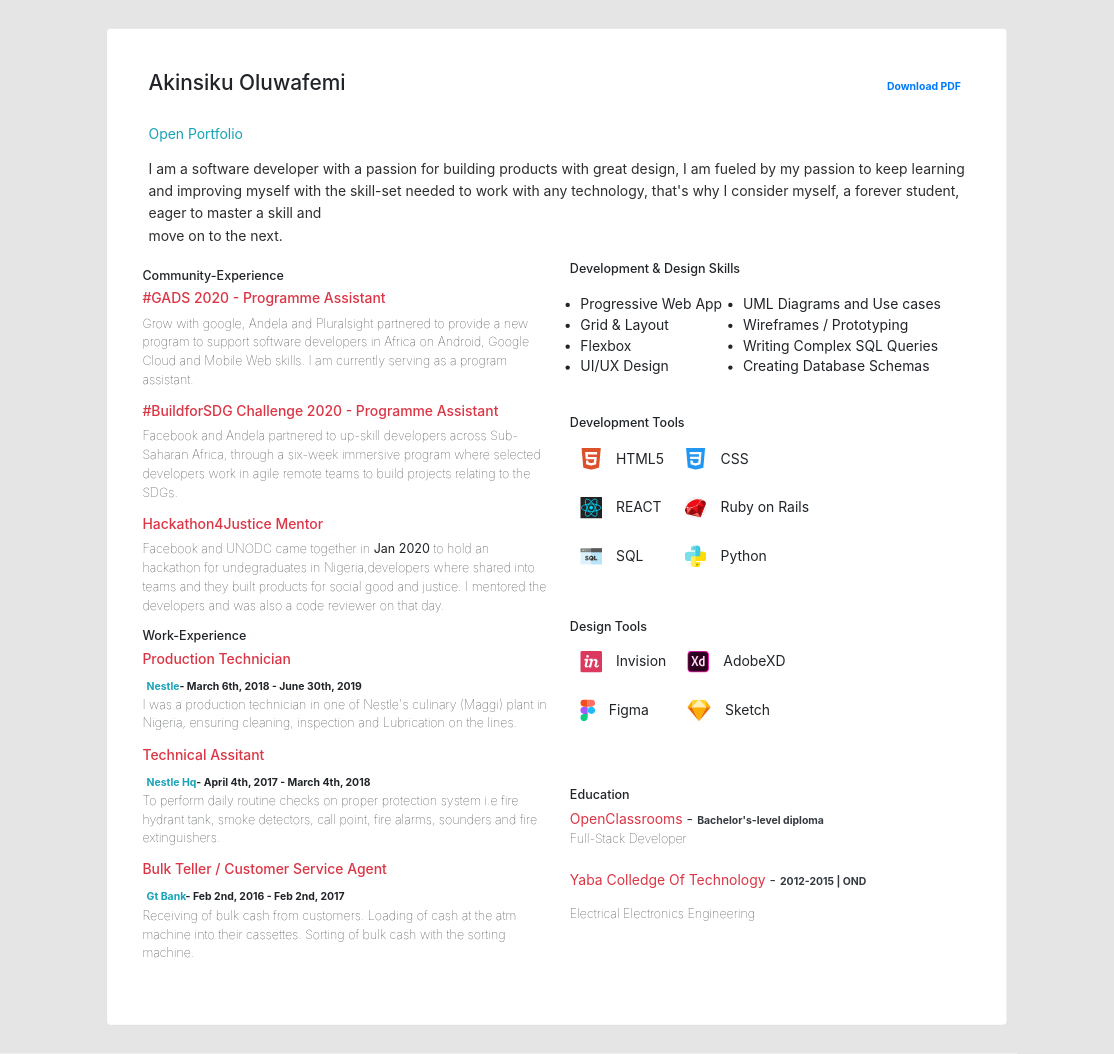
Repository: akinsikuoluwafemi/resume
Page: index.html
An editor plug-in stored every save of this project. The page is shown before and after the next save, followed by the edit.
The browser window is 1280 px wide. The pictures show the whole page, at 87% of full size.
The style sheet was rebuilt from its Sass, Less or Tailwind sources for each picture, by a compiler version that may differ from the author's.

Above is the page before, as saved 2020-08-03 19:03:13.

### index.html
<!DOCTYPE html>
<html lang="en">

<head>
    <meta charset="UTF-8">
    <meta name="viewport" content="width=device-width, initial-scale=1.0">
    <meta http-equiv="X-UA-Compatible" content="ie=edge">
    <link rel="shortcut icon" type="image/png" href="./images/new-photo.png">

    <link rel="stylesheet" href="https://stackpath.bootstrapcdn.com/bootstrap/4.3.1/css/bootstrap.min.css" integrity="sha384-ggOyR0iXCbMQv3Xipma34MD+dH/1fQ784/j6cY/iJTQUOhcWr7x9JvoRxT2MZw1T"
        crossorigin="anonymous" />
    <link rel="stylesheet" href="./resume.css">

    <title>Akinsiku Oluwafemi - Software Developer</title>
</head>

<body>

   <div class="col-sm-12 col-lg-10 m-auto">
       <!--  -->
        <div class="p-c container border px-3 py-4 px-lg-5 py-lg-5 ">
            <header class="row">
                <div class="col d-flex align-items-center">
                    <h4 class="header__name mr-auto">Akinsiku Oluwafemi</h4>
                    <a href="./images/newresume.pdf" download="Femi_Akinsiku_resume.pdf" class="badge">Download PDF</a>
                </div>
            </header>
            <div class="row mt-4">
                <a href="https://femiakin.com/" target="_blank" class="col text-info">Open Portfolio</a>
            </div>

            <div class="row mt-3">
                <div class="col">
                    <p class="intro">I am a software developer with a passion for building products with great design, I am
                        fueled by my passion to keep learning and improving myself with the skill-set needed to work with
                        any
                        technology,
                        that's why I consider myself, a forever student, eager to master a skill and <br /> move on to the
                        next. </p>
                </div>
            </div>


            <div class="row">

                <div class="col col-lg-6 p-2  ">
                    <div>
                        <h5 class="item__header">Community-Experience</h5>

                        <h6 class="item__job text-danger">#GADS 2020 - Programme Assistant </h6>
                        <p class="item__description">Grow with google, Andela and Pluralsight partnered to provide a new
                            program to support
                            software developers in Africa on Android, Google Cloud and Mobile Web skills. I am currently
                            serving as a
                            program assistant.</p>

                    </div>

                    <div>



                        <h6 class="item__job text-danger">#BuildforSDG Challenge 2020 - Programme Assistant </h6>


                        <p class="item__description">Facebook and Andela partnered to up-skill developers across
                            Sub-Saharan
                            Africa,
                            through a six-week immersive program where selected developers work in agile remote
                            teams to build projects relating to the SDGs.
                        </p>

                    </div>

                    <div>
                        <h6 class="item__job text-danger">Hackathon4Justice Mentor</h6>
                        <p class="item__description">Facebook and UNODC came together in <strong>Jan 2020</strong> to hold
                            an
                            hackathon for
                            undegraduates in Nigeria,developers where shared into teams and they built products for social
                            good
                            and justice. I mentored the developers and was
                            also a code reviewer on that day.
                        </p>
                    </div>


                    <!-- here -->
                    <div>
                        <h5 class="item__header">Work-Experience</h5>
                        <h6 class="item__job text-danger">Production Technician</h6>
                        <span class="badge"><span class="text-info">Nestle</span>- March 6th, 2018 - June 30th, 2019 </span>
                        <p class="item__description">I was a production technician in one of Nestle's culinary (Maggi)
                            plant in
                            Nigeria,
                            ensuring cleaning, inspection and Lubrication on the lines.</p>

                    </div>
                    <div>
                        <h6 class="item__job text-danger">Technical Assitant</h6>
                        <span class="badge"><span class="text-info">Nestle Hq</span>- April 4th, 2017 - March 4th, 2018</span>
                        <p class="item__description">To perform daily routine checks on proper protection system i.e fire
                            hydrant tank,
                            smoke detectors, call point, fire
                            alarms, sounders and fire extinguishers.
                        </p>

                    </div>
                    <div>
                        <h6 class="item__job text-danger">Bulk Teller / Customer Service Agent</h6>
                        <span class="badge"><span class="text-info">Gt Bank</span>- Feb 2nd, 2016 - Feb 2nd, 2017 </span>
                        <p class="item__description">Receiving of bulk cash from customers.
                            Loading of cash at the atm machine into their cassettes.
                            Sorting of bulk cash with the sorting machine.</p>

                    </div>
                    <!-- here2 -->


                </div>
                <div class="col col-lg-6 ">

                    <div>
                        <h5 class="item__header ">Development & Design Skills</h5>
                        <div class="d-flex ">
                            <ul class="list__item">
                                <li>Progressive Web App</li>
                                <li>Grid & Layout</li>
                                <li>Flexbox</li>
                                <li>UI/UX Design</li>


                            </ul>
                            <ul class="list__item">
                                <li>UML Diagrams and Use cases</li>
                                <li>Wireframes / Prototyping</li>
                                <li>Writing Complex SQL Queries</li>
                                <li>Creating Database Schemas</li>



                            </ul>
                        </div>


                    </div>

                    <div class="item__container">
                        <h5 class="item__header">Development Tools</h5>
                        <div class="d-flex ">
                            <ul class="list__item">
                                <div class="d-flex  mb-3">
                                    <img src="./images/html5.svg" />
                                    <p class="ml-3">HTML5</p>
                                </div>
                                <div class="d-flex  mb-3">
                                    <img src="./images/react-1.svg" />
                                    <p class="ml-3">REACT</p>
                                </div>
                                <div class="d-flex ">
                                    <img src="./images/sql.svg" />
                                    <p class="ml-3">SQL</p>
                                </div>

                            </ul>
                            <ul class="list__item ">
                                <div class="d-flex  mb-3">
                                    <img src="./images/css-3.svg" />
                                    <p class="ml-3">CSS</p>
                                </div>
                                <div class="d-flex  mb-3">
                                    <img src="./images/ruby.svg" />
                                    <p class="ml-3">Ruby on Rails</p>
                                </div>
                                <div class="d-flex ">
                                    <img src="./images/python.svg" />
                                    <p class="ml-3">Python</p>
                                </div>


                            </ul>
                        </div>


                    </div>

                    <!-- here -->

                    <div class="item__contain">
                        <h5 class="item__header">Design Tools</h5>
                        <div class="d-flex ">
                            <ul class="list__item">
                                <div class="d-flex mb-3">
                                    <img src="./images/invision.svg" />
                                    <p class="ml-3">Invision</p>
                                </div>
                                <div class="d-flex ">
                                    <img src="./images/figma-1.svg" />
                                    <p class="ml-3">Figma</p>
                                </div>

                            </ul>
                            <ul class="list__item ">
                                <div class="d-flex  mb-3 ">
                                    <img src="./images/adobe-xd-1.svg" />
                                    <p class="ml-3">AdobeXD</p>
                                </div>
                                <div class="d-flex ">
                                    <img src="./images/sketch-2.svg" />
                                    <p class="ml-3">Sketch</p>
                                </div>


                            </ul>
                        </div>


                    </div>
                    <div>
                        <h5 class="item__header">Education</h5>
                        <a href="https://www.francecompetences.fr/recherche/rncp/27099/" class="text-danger text-info">OpenClassrooms
                            <span class="text-dark">-</span><span class="badge text-dark">Bachelor's-level diploma</span></a>

                        <p class="item__description ">Full-Stack Developer</p>

                        <p class="text-danger pt-2">Yaba Colledge Of Technology <span class="text-dark">-</span><span class="badge text-dark">2012-2015
                                | OND</span></p>
                        <p class="item__description ">Electrical Electronics Engineering</p>


                    </div>



                </div>

            </div>


        </div>

        <!--  -->
   </div>










    <script src="https://code.jquery.com/jquery-3.3.1.slim.min.js" integrity="sha384-q8i/X+965DzO0rT7abK41JStQIAqVgRVzpbzo5smXKp4YfRvH+8abtTE1Pi6jizo"
        crossorigin="anonymous"></script>
    <script src="https://cdnjs.cloudflare.com/ajax/libs/popper.js/1.14.7/umd/popper.min.js" integrity="sha384-UO2eT0CpHqdSJQ6hJty5KVphtPhzWj9WO1clHTMGa3JDZwrnQq4sF86dIHNDz0W1"
        crossorigin="anonymous"></script>
    <script src="https://stackpath.bootstrapcdn.com/bootstrap/4.3.1/js/bootstrap.min.js" integrity="sha384-JjSmVgyd0p3pXB1rRibZUAYoIIy6OrQ6VrjIEaFf/nJGzIxFDsf4x0xIM+B07jRM"
        crossorigin="anonymous"></script>
</body>

</html>

### resume.scss


body {
    background-color: #E5E5E5;

    -webkit-font-smoothing: antialiased;
  -moz-osx-font-smoothing: grayscale;
}

.container {
    margin: 2rem auto;
    background-color: white;
    border-radius: .3rem;
}

.intro {
    font-size: 1rem;
    color: rgba(0,0,0,0.82);
    line-height: 1.6rem;
}


.text-info:hover{
    text-decoration: none;
}

img {
    height: 25px;
}



.item {

     &__contain {
        margin-bottom: 2rem!important;
        // background: red;
    }

    &__container {
        margin: 1rem 0!important;
    }

    &__dev {
         font-size: .9rem;
        margin-bottom: 1rem;
    }

    &__header {
        font-size: .9rem;
        margin-bottom: .5rem;
    }

    &__description {
        font-weight: 100;
        font-size: .9rem;
    }

}


.list__item {
    padding: 12px;
}

@media (max-width: 576px) {
    br {
        display: none;
    }
 }

After the next save:
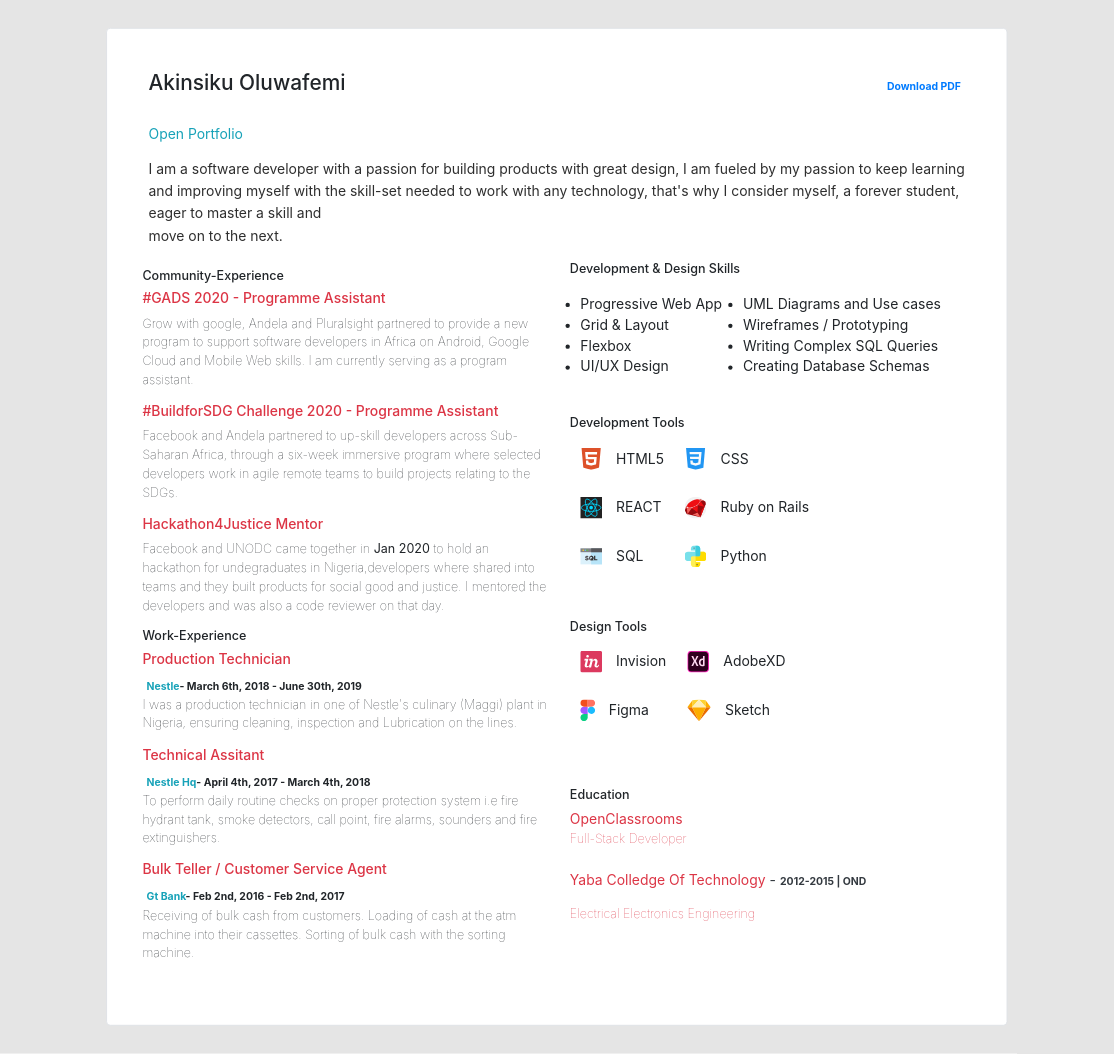
Saved 23 s later.
--- a/index.html
+++ b/index.html
@@ -219,7 +219,7 @@
                     <div>
                         <h5 class="item__header">Education</h5>
                         <a href="https://www.francecompetences.fr/recherche/rncp/27099/" class="text-danger text-info">OpenClassrooms
-                            <span class="text-dark">-</span><span class="badge text-dark">Bachelor's-level diploma</span></a>
+                            <!-- <span class="text-dark">-</span><span class="badge text-dark">Bachelor's-level diploma</span></a> -->
 
                         <p class="item__description ">Full-Stack Developer</p>
 

After the save that followed:
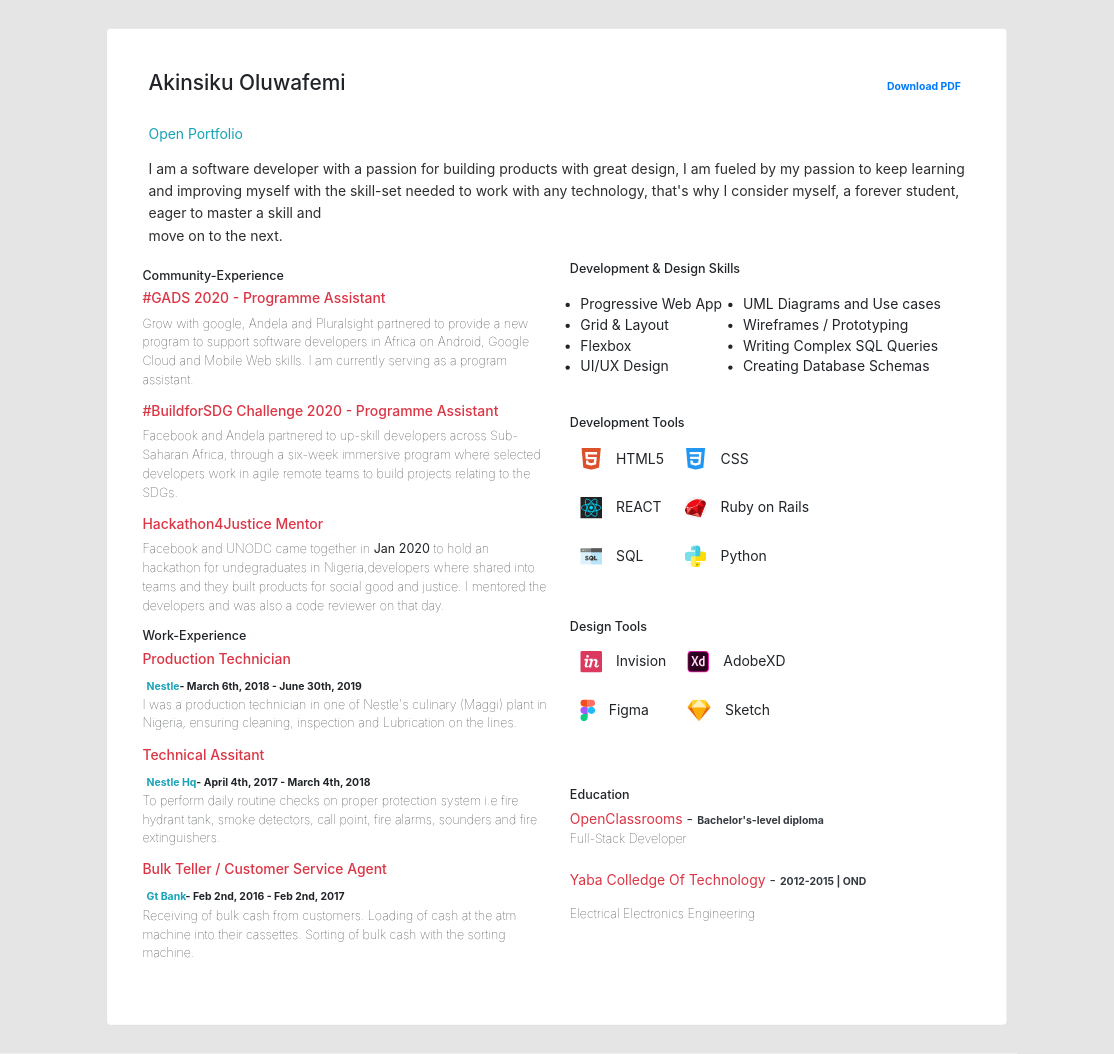
Saved 12 s later.
--- a/index.html
+++ b/index.html
@@ -219,7 +219,7 @@
                     <div>
                         <h5 class="item__header">Education</h5>
                         <a href="https://www.francecompetences.fr/recherche/rncp/27099/" class="text-danger text-info">OpenClassrooms
-                            <!-- <span class="text-dark">-</span><span class="badge text-dark">Bachelor's-level diploma</span></a> -->
+                            <span class="text-dark">-</span><span class="badge text-dark">Bachelor's-level diploma</span></a>
 
                         <p class="item__description ">Full-Stack Developer</p>
 
